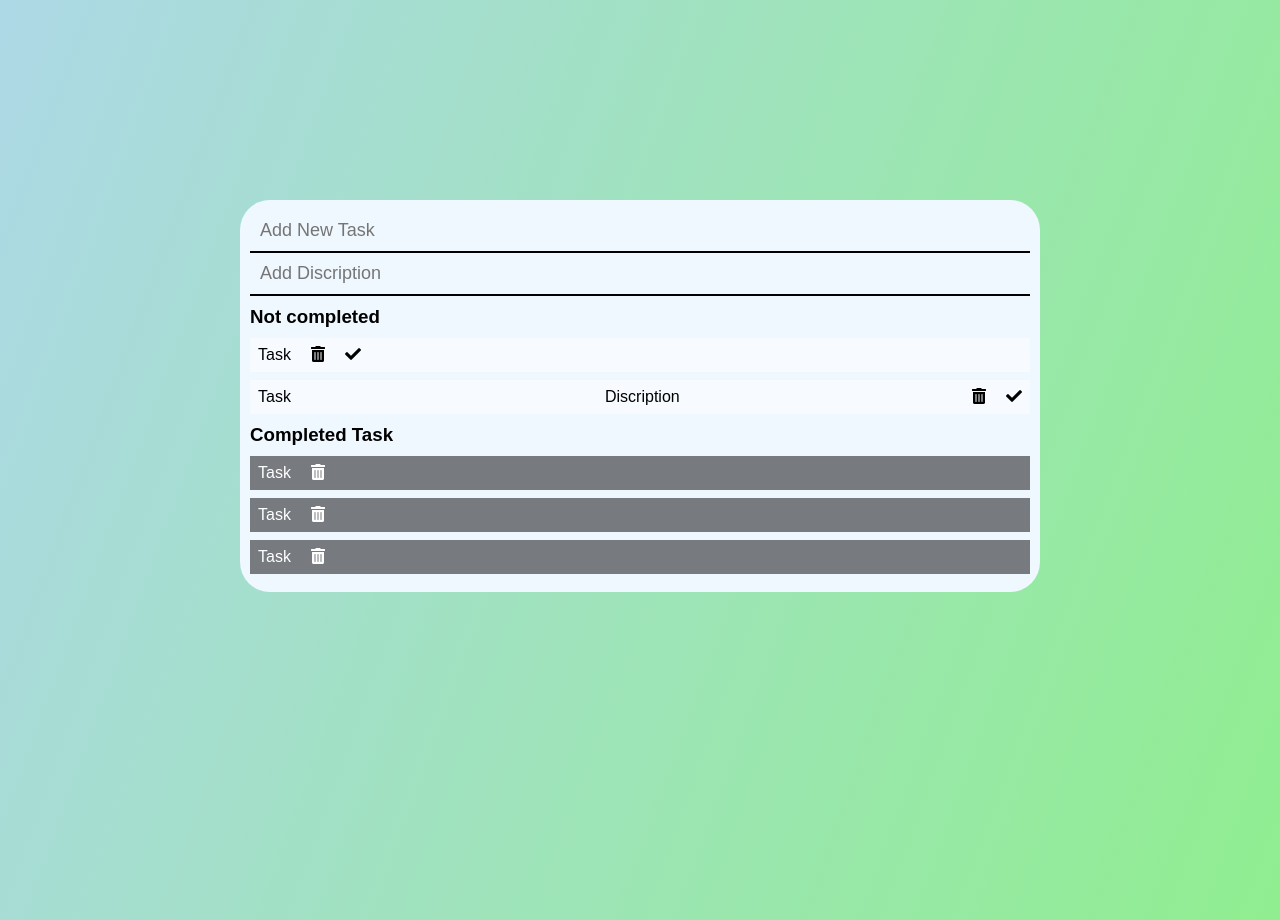
Repository: Mayur2905/OIBSIP
Page: Task-6/index.html
An editor plug-in stored every save of this project. The page is shown before and after the next save, followed by the edit.
The browser window is 1280 px wide. The pictures show the whole page.

Above is the page before, as saved 2022-02-05 21:16:25.

### Task-6/index.html
<!DOCTYPE html>
<html lang="en">
<head>
    <meta charset="UTF-8">
    <meta http-equiv="X-UA-Compatible" content="IE=edge">
    <meta name="viewport" content="width=device-width, initial-scale=1.0">
    <link rel="stylesheet" href="style.css">
    <link rel="stylesheet" href="https://cdnjs.cloudflare.com/ajax/libs/font-awesome/5.15.1/css/all.css">
    <script src="https://ajax.googleapis.com/ajax/libs/jquery/3.5.1/jquery.min.js"></script>
    <title>To Do List</title>
</head>
<body>
    <div class="container">
        <input type="text" class="textb" placeholder="Add New Task">
        <input type="text" class="textb1" placeholder="Add Discription">
        <div class="notdone">
            <h3>Not completed</h3>
            <div class="task">
                Task
                <i class='fas fa-trash-alt'></i>
                <i class='fas fa-check'></i>
            </div>
            <div class="task">
                <p>Task</p>
                <a>Discription</a>

                <i class='fas fa-trash-alt'></i>
                <i class='fas fa-check'></i>
            </div>
        </div>
        <div class="complete">
            <h3>Completed Task</h3>
            <div class="task">
                Task
                <i class='fas fa-trash-alt'></i>
            </div><div class="task">
                Task
                <i class='fas fa-trash-alt'></i>
            </div><div class="task">
                Task
                <i class='fas fa-trash-alt'></i>
            </div>
        </div>
    </div>
</body>
</html>

### Task-6/style.css
* {
  margin: 0;
  padding: 0;
  font-family: "montserrat", Arial, Helvetica, sans-serif;
  box-sizing: border-box;
}
body {
  background-image: linear-gradient(110deg, lightblue, lightgreen);
  min-height: 100vh;
}

.container {
  max-width: 800px;
  margin: auto;
  padding: 10px;
  margin-top: 200px;
  background-color: aliceblue;
  border-radius: 30px;
}
.textb {
  width: 100%;
  border: none;
  border-bottom: 2px solid #000;
  background: none;
  padding: 10px;
  outline: none;
  font-size: 18px;
}
.textb1 {
  width: 100%;
  border: none;
  border-bottom: 2px solid #000;
  background: none;
  padding: 10px;
  outline: none;
  font-size: 18px;
}
a {
  align-items: center;
  flex: 1;
}
p {
  flex: 1;
}
h3 {
  margin: 10px 0;
}
.task {
  width: 100%;
  background: rgba(255, 255, 255, 0.5);
  padding: 8px;
  margin: 8px 0;
  overflow: hidden;
  display: flex;
}
.task i {
  float: right;
  margin-left: 20px;
  cursor: pointer;
}
.complete .task {
  background: rgba(0, 0, 0, 0.5);
  color: #ffff;
}

After the next save:
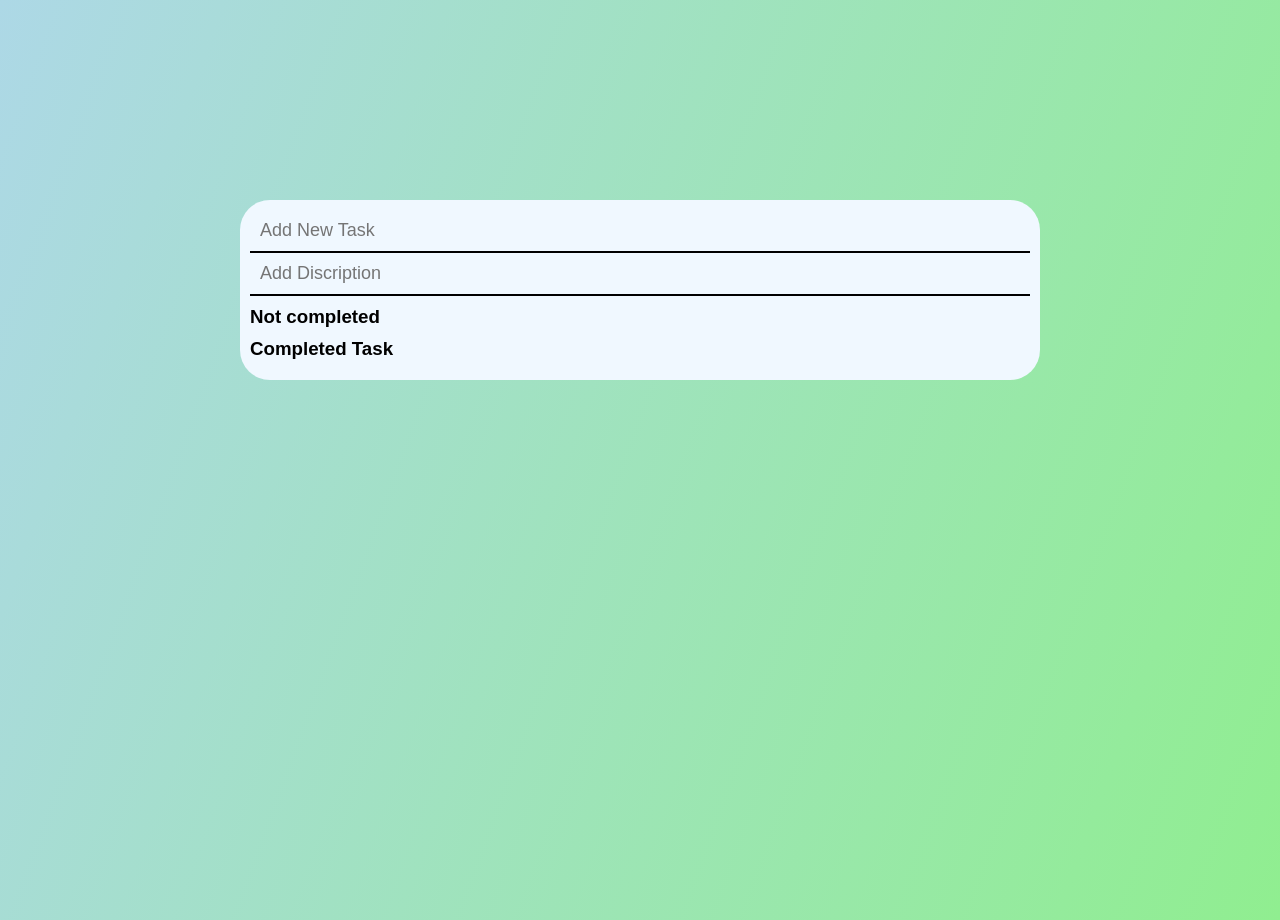
Saved 58 s later.
--- a/Task-6/index.html
+++ b/Task-6/index.html
@@ -15,32 +15,40 @@
         <input type="text" class="textb1" placeholder="Add Discription">
         <div class="notdone">
             <h3>Not completed</h3>
-            <div class="task">
-                Task
-                <i class='fas fa-trash-alt'></i>
-                <i class='fas fa-check'></i>
-            </div>
-            <div class="task">
-                <p>Task</p>
-                <a>Discription</a>
 
-                <i class='fas fa-trash-alt'></i>
-                <i class='fas fa-check'></i>
-            </div>
         </div>
         <div class="complete">
             <h3>Completed Task</h3>
-            <div class="task">
-                Task
-                <i class='fas fa-trash-alt'></i>
-            </div><div class="task">
-                Task
-                <i class='fas fa-trash-alt'></i>
-            </div><div class="task">
-                Task
-                <i class='fas fa-trash-alt'></i>
-            </div>
+
         </div>
     </div>
+    <script rel="text.javascript">
+        $(".textb1").on("keyup",function(e){
+    if(e.keyCode == 13 && $(".textb").val() != "")
+    {
+        var task =$("<div class='task'></div>").text($(".textb").val());
+        var disc =$("<div class='task'></div>").text($(".textb1").val());
+        var del =$("<i class='fas fa-trash-alt'></i>").click(function(){
+            var p = $(this).parent();
+            p.fadeOut(function(){
+                p.remove();
+            });
+        });
+        var tick =$("<i class='fas fa-check'></i>").click(function(){
+            var p =$(this).parent();
+            p.fadeOut(function(){
+                $(".complete").append(p);
+                p.fadeIn();
+            });
+            $(this).remove();
+        });
+        task.append(del,tick);
+        disc.append(del,tick);
+        $(".notdone").append(task);
+        $(".notdone").append(disc);
+        $(".texttb").val("");
+    }
+});
+    </script>
 </body>
 </html>
